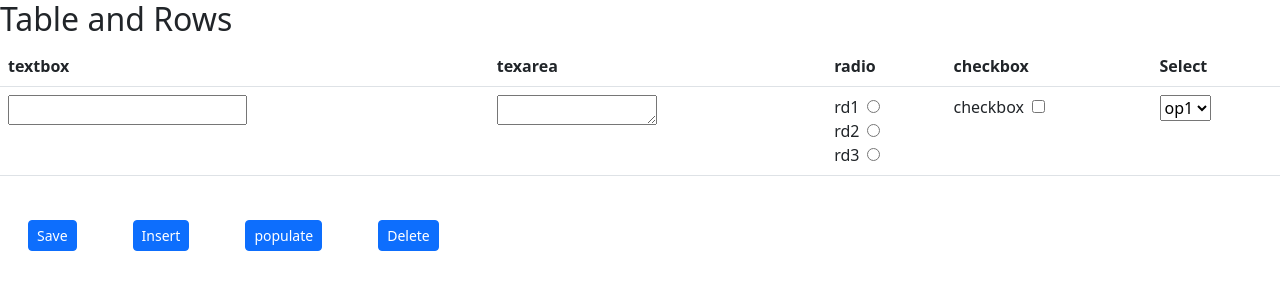
Repository: ishanbassi/iotasol-assignments
Page: /iotasol/work-8
An editor plug-in stored every save of this project. The page is shown before and after the next save, followed by the edit.
The browser window is 1280 px wide. The pictures show the whole page.
The project was rebuilt for these pictures with package versions that can differ from the ones it lists, and the page was loaded fresh each time. Some packages were replaced by stand-ins written for this rebuild. The framework's server and built-in components were replaced by stand-ins that run in the browser.

Above is the page before, as saved 2022-11-09 17:34:50.

### pages/_app.tsx
import "../styles/global.css"
import 'bootstrap/dist/css/bootstrap.min.css';
export default function App({Component,ComponentProps}){
    return(
        <Component {...ComponentProps}/>
    )
}

### pages/iotasol/work-8.tsx
import { Table, Button } from "react-bootstrap"
import { useState } from "react"
export default function App() {
    const [count, setCount] = useState(1)
    return (
        <>
            <h2>Table and Rows</h2>
            <Table>
                <thead>
                    <tr>
                        <th>textbox</th>
                        <th>texarea</th>
                        <th>radio</th>
                        <th>checkbox</th>
                        <th>Select</th>
                    </tr>
                </thead>
                <tbody>
                    <tr>
                        <td>
                            <input type="text" name="small" id="small" />
                        </td>
                        <td>
                            <textarea name="details" id="details" cols={15} rows={1}></textarea>
                        </td>
                        <td>
                            <div>
                                <label htmlFor="rd1">rd1</label>
                                <input type="radio" name="rd" id="rd1" value="rd1" />
                            </div>
                            <div>
                                <label htmlFor="rd2">rd2</label>
                                <input type="radio" name="rd" id="rd2" value="rd2" />
                            </div>
                            <div>
                                <label htmlFor="rd3">rd3</label>
                                <input type="radio" name="rd" id="rd3" value="rd3" />
                            </div>
                        </td>
                        <td>
                            <label htmlFor="check">checkbox</label>
                            <input type="checkbox" name="check" id="check" />
                        </td>
                        <td>
                            <select name="select" id="select">
                                <option value="op1">op1</option>
                                <option value="op2">op2</option>
                                <option value="op3">op3</option>
                            </select>
                        </td>
                    </tr>
                </tbody>
            </Table>
            <div>
                <Button  variant="primary" size="sm" type="button" name="save">Save</Button>
                <Button variant="primary" size="sm"  type="button" name="insert">Insert</Button>
                <Button  variant="primary" size="sm" type="button" name="populate">populate</Button>
                <Button  variant="primary" size="sm" type="button" name="delete">Delete</Button>
            </div>
            <style jsx>{`
                    label{
                        padding-right:.5em;
                    }
                    button {
                        margin:2em !important;
                    }

                `}

            </style>
        </>
    )
}

### styles/global.css
ol{
    list-style-position: inside;
}
button{
    margin-right: 2em;
}

After the next save:
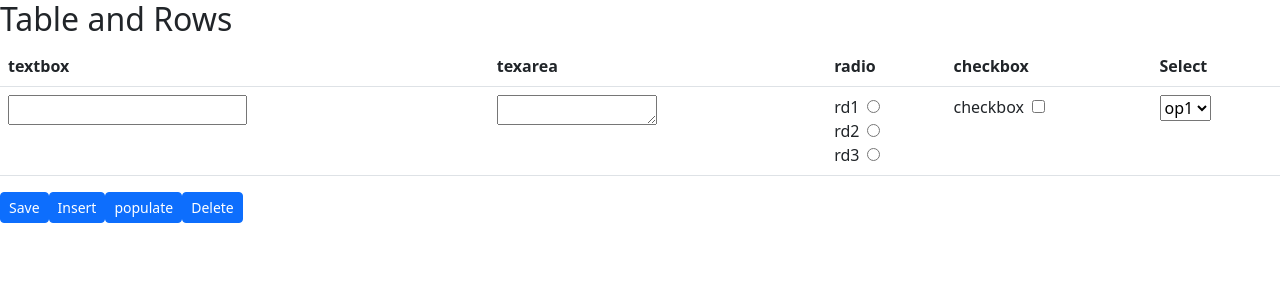
Saved 22 s later.
--- a/pages/iotasol/work-8.tsx
+++ b/pages/iotasol/work-8.tsx
@@ -61,9 +61,7 @@ export default function App() {
                     label{
                         padding-right:.5em;
                     }
-                    button {
-                        margin:2em !important;
-                    }
+
 
                 `}
 
